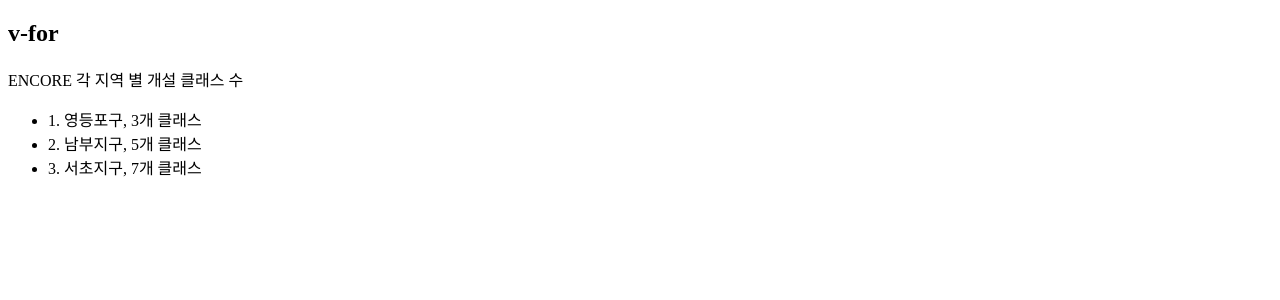
Repository: KangHoi/encore_vueWorkspace
Page: vue02_Methods/WebContent/vue10_vfor.html
An editor plug-in stored every save of this project. The page is shown before and after the next save, followed by the edit.
The browser window is 1280 px wide. The pictures show the whole page.
Some web libraries are served in a nearby version.

Above is the page before, as saved 2021-07-09 05:35:35.

### vue02_Methods/WebContent/vue10_vfor.html
<!DOCTYPE html>
<html>
<head>
<meta charset="UTF-8">
<title>v-for와 함께 v-if이용하기</title>

<script src="https://cdn.jsdelivr.net/npm/vue/dist/vue.js"></script>
<script src="https://code.jquery.com/jquery-3.2.1.min.js"></script>

</head>
<body>
<h2>v-for</h2>
<div id="app">
	<label>ENCORE 각 지역 별 개설 클래스 수</label>
	<ul>
		<li v-for="(encore,index) in encores">
			{{index+1}}. {{encore.name}}, {{encore.count}}개 클래스
		</li>
	</ul>
</div>

<script>
	new Vue({
		el:'#app',
		data:{
			encores:[
				{name: '영등포구', count:3},
				{name: '남부지구', count:5},
				{name: '서초지구', count:7}
			]
		}
	});
</script>

</body>
</html>

After the next save:
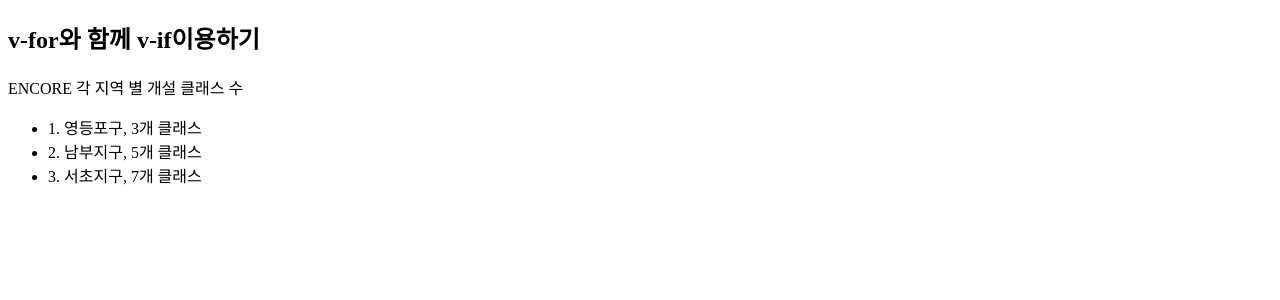
Saved 24 s later.
--- a/vue02_Methods/WebContent/vue10_vfor.html
+++ b/vue02_Methods/WebContent/vue10_vfor.html
@@ -9,7 +9,7 @@
 
 </head>
 <body>
-<h2>v-for</h2>
+<h2>v-for와 함께 v-if이용하기</h2>
 <div id="app">
 	<label>ENCORE 각 지역 별 개설 클래스 수</label>
 	<ul>
